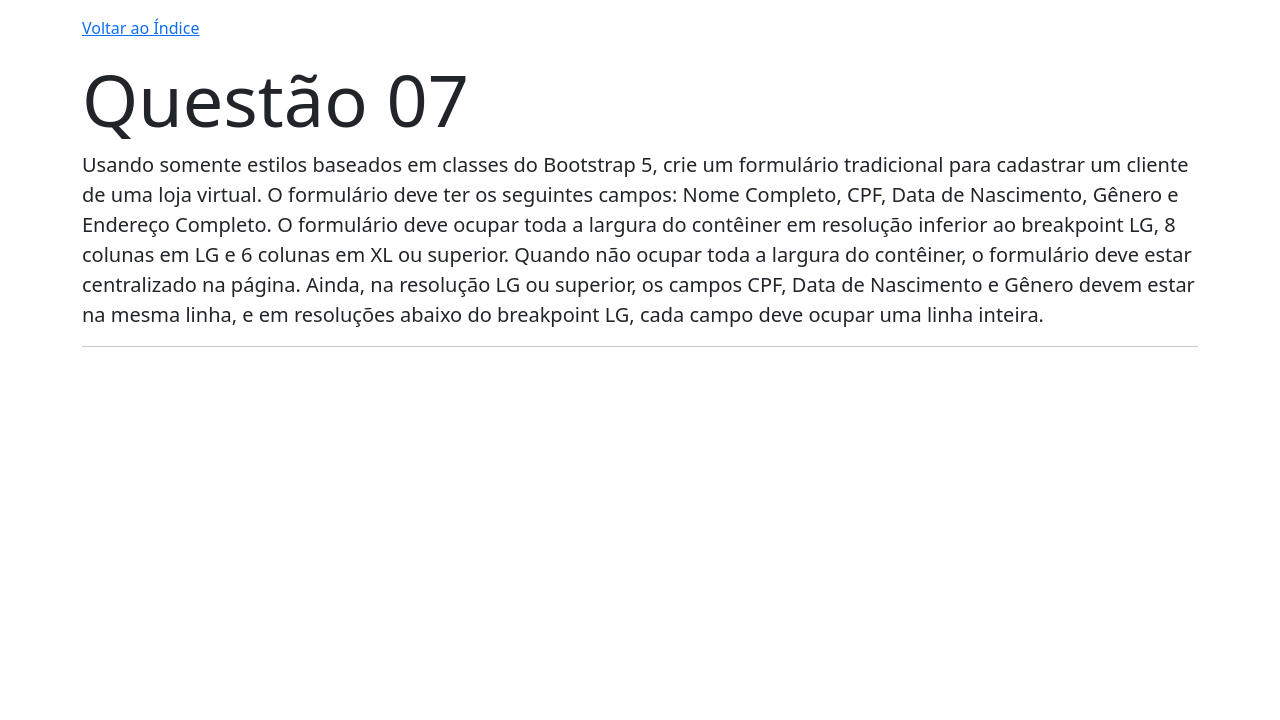
Repository: In-Game-full/Reprograme-se
Page: S-8/Atividade-Pratica-da-Semana-3-do-Replit/questao07.html
These files come from the project's save history. The page is drawn as it stood at one moment and after the next save; the edit follows.
The browser window is 1280 px wide. The pictures show the whole page.

Above is the page before, as saved 2023-09-12 15:19:16.

### S-8/Atividade-Pratica-da-Semana-3-do-Replit/questao07.html
<!DOCTYPE html>
<html lang="pt-br">

<head>
    <meta charset="UTF-8">
    <meta http-equiv="X-UA-Compatible" content="IE=edge">
    <meta name="viewport" content="width=device-width, initial-scale=1.0">
    <link href="https://cdn.jsdelivr.net/npm/bootstrap@5.2.2/dist/css/bootstrap.min.css" rel="stylesheet">
    <link href="https://cdn.jsdelivr.net/npm/bootstrap-icons@1.10.2/font/bootstrap-icons.css" rel="stylesheet">
    <script src="https://cdn.jsdelivr.net/npm/bootstrap@5.2.2/dist/js/bootstrap.bundle.min.js"></script>
    <title>Questão 07</title>
</head>

<body>
    <div class="container my-3">
        <p><a href="index.html">Voltar ao Índice</a></p>
        <h1 class="display-2">Questão 07</h1>
        <p class="lead">Usando somente estilos baseados em classes do Bootstrap 5, crie um formulário tradicional para cadastrar um cliente de uma loja virtual. O formulário deve ter os seguintes campos: Nome Completo, CPF, Data de Nascimento, Gênero e Endereço Completo. O formulário deve ocupar toda a largura do contêiner em resolução inferior ao breakpoint LG, 8 colunas em LG e 6 colunas em XL ou superior. Quando não ocupar toda a largura do contêiner, o formulário deve estar centralizado na página. Ainda, na resolução LG ou superior, os campos CPF, Data de Nascimento e Gênero devem estar na mesma linha, e em resoluções abaixo do breakpoint LG, cada campo deve ocupar uma linha inteira.</p>
        <hr>
    </div>
    <!-- Valor: 1.5 pontos -->
    <!-- FAZER AQUI -->
    <div class="container">

    </div>
</body>

</html>

After the next save:
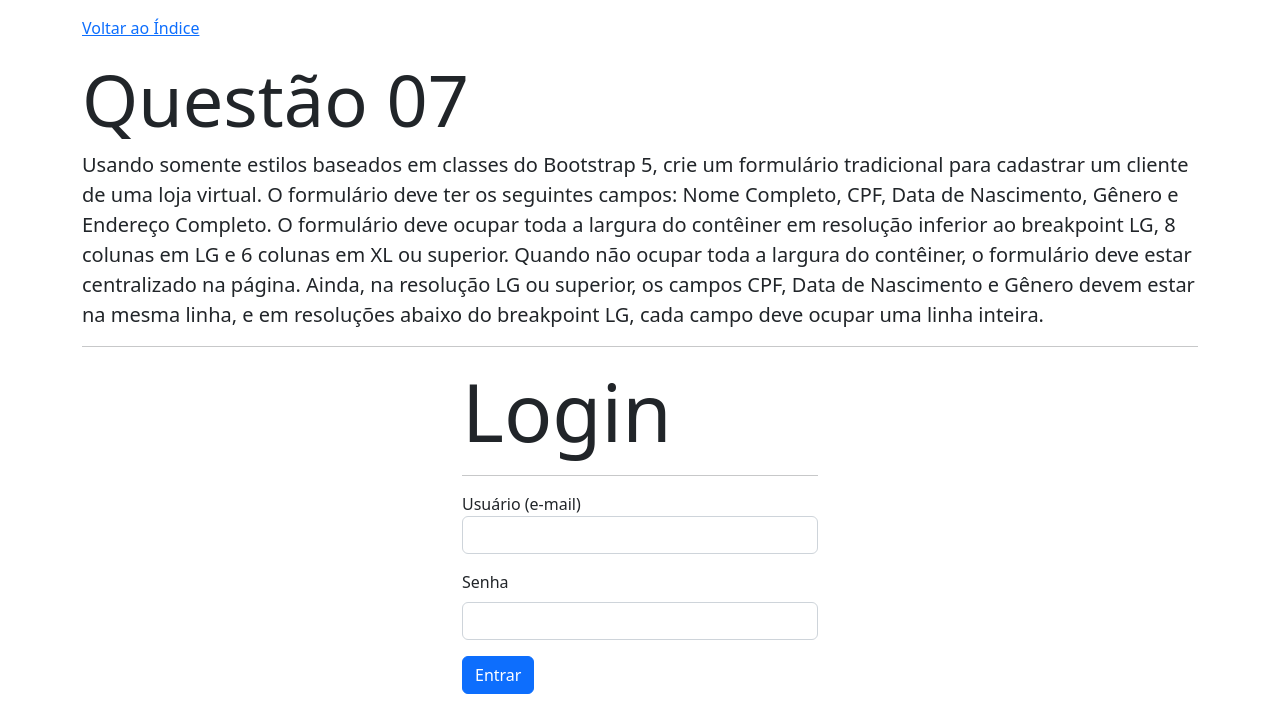
Saved 58 s later.
--- a/S-8/Atividade-Pratica-da-Semana-3-do-Replit/questao07.html
+++ b/S-8/Atividade-Pratica-da-Semana-3-do-Replit/questao07.html
@@ -21,7 +21,23 @@
     <!-- Valor: 1.5 pontos -->
     <!-- FAZER AQUI -->
     <div class="container">
-
+        <div class="row justify-content-center">
+            <div class="col-4">
+                <h1 class="display-1">Login</h1>
+                <hr>
+                <form action="">
+                    <div class="mb-3">
+                        <label for="" cass="form-label">Usuário (e-mail)</label>
+                        <input type="text" class="form-control">
+                    </div>
+                    <div class="mb-3">
+                        <label for="" class="form-label">Senha</label>
+                        <input type="text" class="form-control">
+                    </div>
+                    <button type="submit" class="btn btn-primary">Entrar</button>
+                </form>
+            </div>
+        </div>
     </div>
 </body>
 
